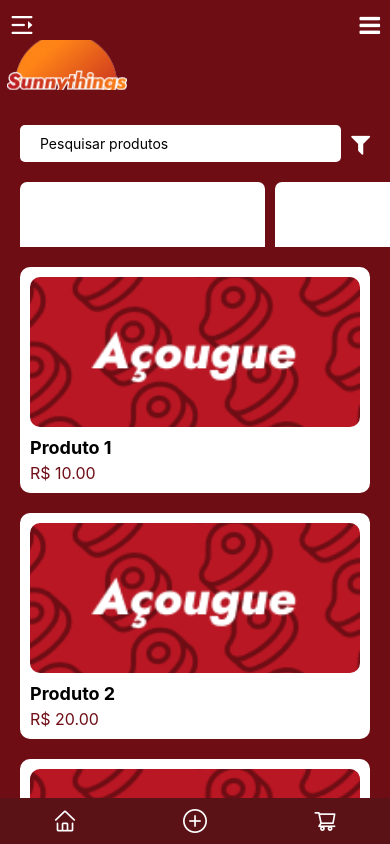
Repository: Luizzzin/SuperMercado
Screen: / (app in suny/)
The author's editor kept a copy of each file at every save. The screen is drawn from the files as they stood at one save, then again after a run of saves.
An inner scrolling area shows only its first screen. The app was drawn by React Native's web renderer in a window 390 px wide. The project was rebuilt for these pictures with package versions that can differ from the ones it lists, and the page was loaded fresh each time.

Above is the screen before, as saved 2024-05-09 20:10:30.

### suny/App.js
import React from 'react';
import { NavigationContainer } from '@react-navigation/native';
import { createStackNavigator } from '@react-navigation/stack';
import Routes from './routes'; // Importe o componente Routes

const Stack = createStackNavigator();

const App = () => {
  return <Routes />;
}

export default App;

### suny/routes.js
import React from 'react';
import { NavigationContainer } from '@react-navigation/native';
import { createStackNavigator } from '@react-navigation/stack';
import HomeScreen from './HomeScreen'; // Importe o componente HomeScreen

const Stack = createStackNavigator();

const Routes = () => {
  return (
    <NavigationContainer>
      <HomeScreen />
    </NavigationContainer>
  );
}

export default Routes;

### suny/HomeScreen.js
import React from 'react';
import { View, Text, StyleSheet, TouchableOpacity, TextInput, Image, ScrollView } from 'react-native';
import { AntDesign, FontAwesome } from '@expo/vector-icons'; // Certifique-se de instalar o pacote expo-vector-icons

const HomeScreen = () => {

  const categories = ['Categoria 1', 'Categoria 2', 'Categoria 3', 'Categoria 4', 'Categoria 5', 'Categoria 6', 'Categoria 7'];

  const products = [
    { id: 1, name: 'Produto 1', price: 10, image: require('./path/to/image1.png') },
    { id: 2, name: 'Produto 2', price: 20, image: require('./path/to/image1.png') },
    { id: 3, name: 'Produto 3', price: 30, image: require('./path/to/image1.png') },
    { id: 4, name: 'Produto 4', price: 40, image: require('./path/to/image1.png') },
    { id: 5, name: 'Produto 5', price: 50, image: require('./path/to/image1.png') },
    { id: 6, name: 'Produto 6', price: 60, image: require('./path/to/image1.png') },
  ];

  return (
    <View style={styles.container}>
      {/* Header */}
      <View style={styles.header}>
        <TouchableOpacity onPress={() => console.log("Menu clicked")}>
          <AntDesign name="menu-fold" size={24} color="white" />
        </TouchableOpacity>
        <Image source={require('./path/to/your/logo.png')} style={styles.logo} />
        <TouchableOpacity onPress={() => console.log("Hamburger clicked")}>
          <FontAwesome name="bars" size={24} color="white" />
        </TouchableOpacity>
      </View>

      {/* Search Bar */}
      <View style={styles.searchBar}>
        <TextInput
          style={styles.input}
          placeholder="Pesquisar produtos"
        />
        <TouchableOpacity onPress={() => console.log("Filter clicked")}>
          <FontAwesome name="filter" size={24} color="white" />
        </TouchableOpacity>
      </View>

      {/* Category Carousel */}
      <ScrollView horizontal style={styles.carousel}>
        {categories.map((category, index) => (
          <TouchableOpacity key={index} style={styles.categoryItem}>
            <Text style={styles.categoryText}>{category}</Text>
          </TouchableOpacity>
        ))}
      </ScrollView>

      {/* Product Cards */}
      <ScrollView style={styles.productContainer}>
        {products.map(product => (
          <TouchableOpacity key={product.id} style={styles.productCard}>
            <Image source={product.image} style={styles.productImage} />
            <Text style={styles.productName}>{product.name}</Text>
            <Text style={styles.productPrice}>R$ {product.price.toFixed(2)}</Text>
          </TouchableOpacity>
        ))}
      </ScrollView>

      {/* Tab Bar */}
      <View style={styles.tabBar}>
        <TouchableOpacity onPress={() => console.log("Home clicked")} style={styles.tabItem}>
          <AntDesign name="home" size={24} color="white" />
        </TouchableOpacity>
        <TouchableOpacity onPress={() => console.log("Add clicked")} style={styles.tabItem}>
          <AntDesign name="pluscircleo" size={24} color="white" />
        </TouchableOpacity>
        <TouchableOpacity onPress={() => console.log("Cart clicked")} style={styles.tabItem}>
          <AntDesign name="shoppingcart" size={24} color="white" />
        </TouchableOpacity>
      </View>
    </View>
  );
}

const styles = StyleSheet.create({
  container: {
    flex: 1,
    backgroundColor: '#6F0D15',
  },
  header: {
    flexDirection: 'row',
    justifyContent: 'space-between',
    alignItems: 'center',
    paddingHorizontal: 10,
    paddingTop: 0,
  },
  logo: {
    width: 120,
    height: 50,
    right: 130,
    top: 40,
  },
  searchBar: {
    flexDirection: 'row',
    alignItems: 'center',
    paddingHorizontal: 20,
    marginTop: 75,
  },
  input: {
    flex: 1,
    backgroundColor: 'white',
    borderRadius: 5,
    paddingVertical: 10,
    paddingHorizontal: 20,
    marginRight: 10,
  },
  carousel: {
    marginTop: 20,
    paddingHorizontal: 20,
    marginBottom: 20,
  },
  categoryItem: {
    marginRight: 10,
    padding: 80,
    backgroundColor: 'white',
    borderRadius: 7,
  },
  categoryText: {
    color: '#6F0D15',
    fontSize: 16,
  },
  productContainer: {
    paddingHorizontal: 20,
  },
  productCard: {
    marginBottom: 20,
    backgroundColor: 'white',
    borderRadius: 10,
    padding: 10,

  },
  productImage: {
    width: '100%',
    height: 150,
    borderRadius: 10,
  },
  productName: {
    marginTop: 10,
    fontSize: 18,
    fontWeight: 'bold',
  },
  productPrice: {
    marginTop: 5,
    fontSize: 16,
    color: '#6F0D15',
  },
  tabBar: {
    flexDirection: 'row',
    justifyContent: 'space-around',
    backgroundColor: '#5A1217',
    paddingVertical: 10,
  },
  tabItem: {
    flex: 1,
    alignItems: 'center',
  },
});

export default HomeScreen;

After the next 4 saves:
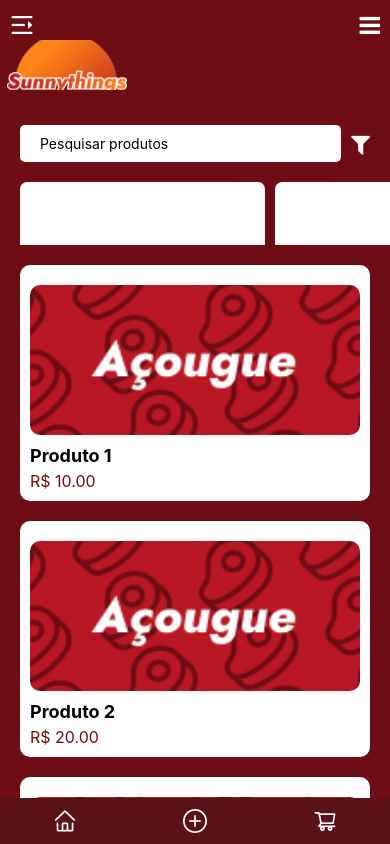
The 4 saves are shown as one change because 1 did not build or start and some came seconds apart.
The last was saved 14 s later.
--- a/suny/HomeScreen.js
+++ b/suny/HomeScreen.js
@@ -130,7 +130,7 @@
     backgroundColor: 'white',
     borderRadius: 10,
     padding: 10,
-
+    paddingTop: 20,
   },
   productImage: {
     width: '100%',
